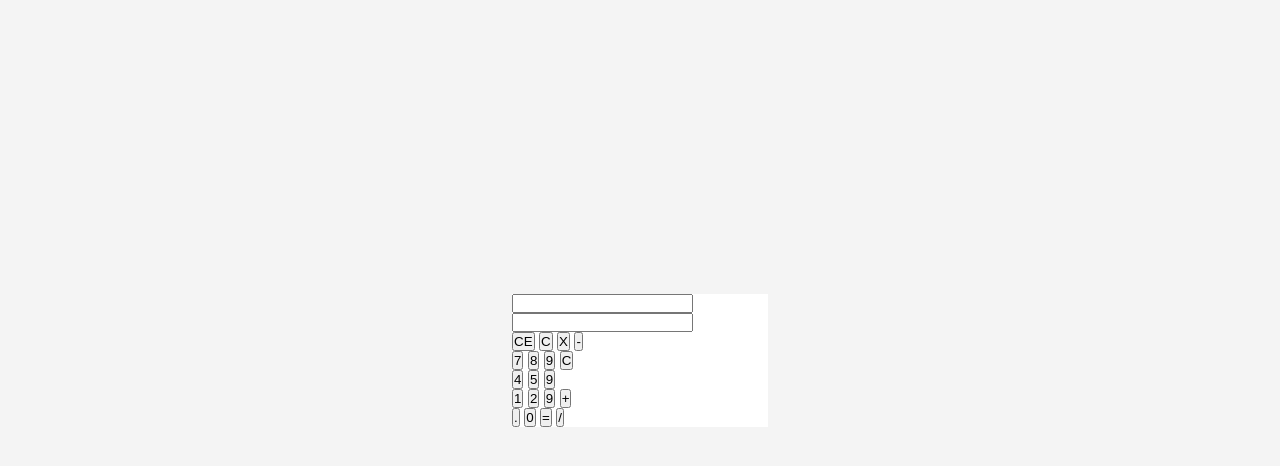
Repository: DNature/calc
Page: index.html
These files come from the project's save history. The page is drawn as it stood at one moment and after the next save; the edit follows.
The browser window is 1280 px wide. The pictures show the whole page.

Above is the page before, as saved 2019-11-20 23:22:03.

After the next save:
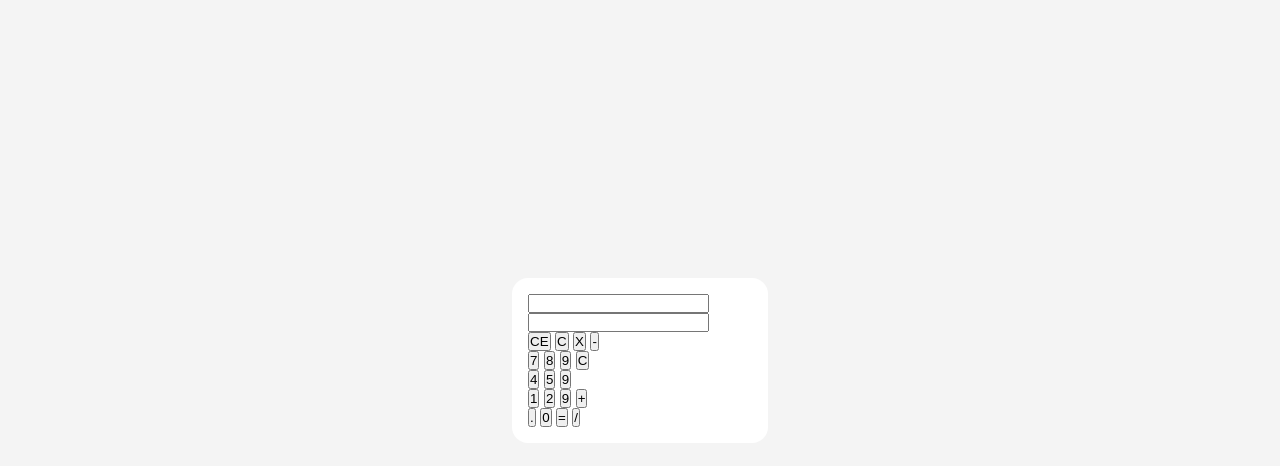
Saved 28 s later.
--- a/css/style.css
+++ b/css/style.css
@@ -18,4 +18,6 @@
   background: white;
   display: grid;
   place-content: center;
+  padding: 1rem;
+  border-radius: 1rem;
 }
